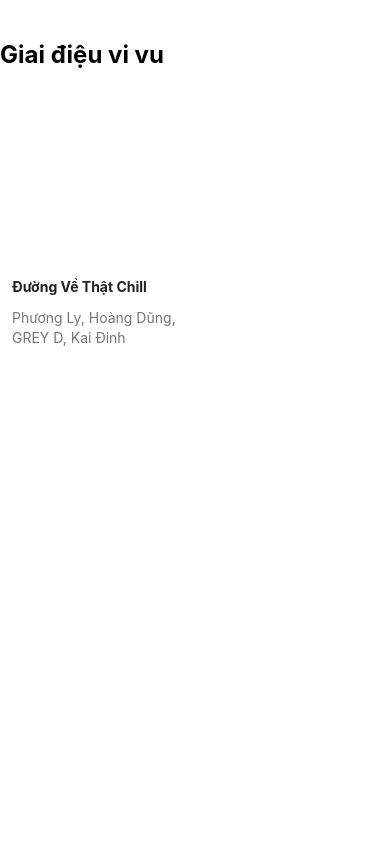
Repository: kauittt/Mobile
Page: /
These files come from the project's save history. The page is drawn as it stood at one moment and after the next save; the edit follows.
The browser window is 390 px wide. The pictures show the whole page.
The app was drawn by React Native's web renderer in a window 390 px wide. The project was rebuilt for these pictures with package versions that can differ from the ones it lists, and the page was loaded fresh each time.

Above is the page before, as saved 2023-04-30 11:46:44.

### App.tsx
import {Text, View, ScrollView} from 'react-native';
import Icon from 'react-native-vector-icons/FontAwesome';
import React from 'react';
import Section from './components/Content/Section/Section';
import SectionItem from './components/Content/SectionItem/SectionItem';

const App = () => {
  return (
    <ScrollView>
      <Section></Section>
    </ScrollView>
  );
};

export default App;

### components/Content/Section/Section.jsx
import React from 'react';
import {View, Image, Text, TouchableOpacity} from 'react-native';
import Icon from 'react-native-vector-icons/FontAwesome';

import styles from './style';
import SectionItem from '../SectionItem/SectionItem';

const Section = () => {
  return (
    <View style={styles.section}>
      <Text style={styles.section__heading}>Giai điệu vi vu</Text>
      <View style={styles.sectionList}>
        <SectionItem
          url="https://photo-resize-zmp3.zmdcdn.me/w320_r1x1_jpeg/cover/7/e/7/b/7e7b8f07e9af15dc2fa3424d237bfff7.jpg"
          title="Đường Về Thật Chill"
          singers={['Phương Ly', 'Hoàng Dũng', 'GREY D', 'Kai Đinh']}
        />
      </View>
    </View>
  );
};

export default Section;

### components/Content/Section/style.jsx
import {StyleSheet} from 'react-native';

const styles = StyleSheet.create({
  section: {
    position: 'relative',
    marginTop: 40,
  },
  section__heading: {
    marginBottom: 20,
    fontSize: 24,
    fontWeight: 'bold',
  },
  sectionList: {
    display: 'flex',
    flexDirection: 'row',
    flexWrap: 'wrap',
    justifyContent: 'space-between',
    paddingHorizontal: 12,
    marginBottom: 20,
  },
});
export default styles;

### components/Content/SectionItem/SectionItem.jsx
import React from 'react';
import {View, Image, Text, TouchableOpacity} from 'react-native';
import Icon from 'react-native-vector-icons/FontAwesome';
import styles from './style';

const SectionItem = ({url, title, singers}) => {
  // {url, title, singers}
  return (
    <View style={styles.sectionListItem} dataId="ZOCFAE67">
      <View style={styles.sectionListItemImg} dataId="ZOCFAE67">
        <View style={styles.sectionListItemImg__inner}>
          <Image
            source={{
              uri: {url},
              // 'https://photo-resize-zmp3.zmdcdn.me/w320_r1x1_jpeg/cover/7/e/7/b/7e7b8f07e9af15dc2fa3424d237bfff7.jpg'
            }}
            resizeMode="cover"
            style={styles.sectionListItemImg__image}
          />
        </View>
      </View>
      <View>
        {/* Đường Về Thật Chill */}
        <Text style={styles.sectionListItem__heading}>{title}</Text>
        <Text style={styles.sectionListItem__desc}>
          {/* <Text style={{color: '#212121'}}>Phương Ly, </Text>
          <Text style={{color: '#212121'}}>Hoàng Dũng, </Text>
          <Text style={{color: '#212121'}}>GREY D, </Text>
          <Text style={{color: '#212121'}}>Kai Đinh</Text> */}
          {/* {singers.forEach(item => {
            return <Text style={{color: '#212121'}}>{item}</Text>;
          })} */}

          {singers.map((item, index) => {
            if (index === singers.length - 1) {
              return <Text key={index}>{item}</Text>;
            } else {
              return <Text key={index}>{item}, </Text>;
            }
          })}
        </Text>
      </View>
    </View>
  );
};

export default SectionItem;

### components/Content/SectionItem/style.jsx
import {StyleSheet} from 'react-native';

const styles = StyleSheet.create({
  section: {
    position: 'relative',
    marginTop: 40,
  },
  album: {},
  section__more: {
    position: 'absolute',
    right: 0,
    top: 0,
    color: '#757575',
  },
  section__heading: {
    marginBottom: 20,
    fontSize: 24,
    fontWeight: 'bold',
  },
  sectionList: {
    display: 'flex',
    flexDirection: 'row',
    flexWrap: 'wrap',
    justifyContent: 'space-between',
    paddingHorizontal: 12,
    marginBottom: 20,
  },
  sectionListItem: {
    width: '48%',
    marginBottom: 20,
  },
  sectionListItemImg: {
    position: 'relative',
    width: '100%',
    height: 0,
    paddingBottom: '100%',
    overflow: 'hidden',
    borderRadius: 5,
  },
  sectionListItemImgHover: {
    transform: [{scale: 1.15}],
  },
  sectionListItemImg__inner: {
    position: 'absolute',
    top: 0,
    left: 0,
    bottom: 0,
    right: 0,
  },
  sectionListItemImg__image: {
    width: '100%',
    height: '100%',
    borderRadius: 5,
    resizeMode: 'cover', // to ensure the image covers the whole area and doesn't get stretched
  },
  sectionListItem__heading: {
    marginVertical: 13,
    fontSize: 14,
    fontWeight: 'bold',
    color: '#212121',
    flexWrap: 'wrap',
  },
  sectionListItem__headingHover: {
    color: '#7B1FA2',
  },
  sectionListItem__desc: {
    fontSize: 14,
    lineHeight: 20,
    color: '#757575',
  },
});
export default styles;

After the next save:
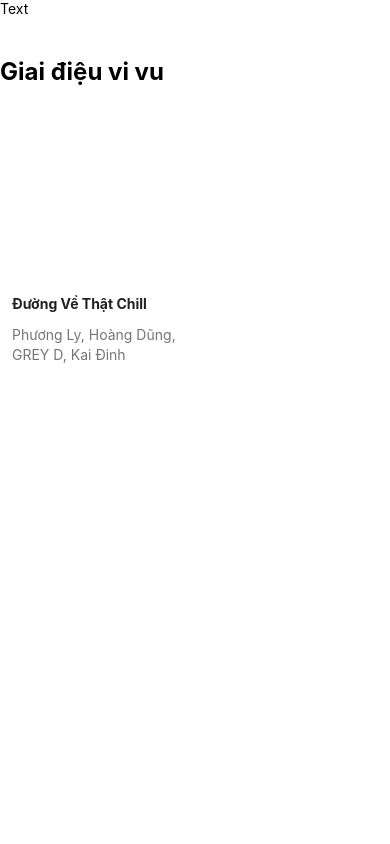
Saved 30 s later.
--- a/App.tsx
+++ b/App.tsx
@@ -7,6 +7,7 @@ import SectionItem from './components/Content/SectionItem/SectionItem';
 const App = () => {
   return (
     <ScrollView>
+      <Text>Text</Text>
       <Section></Section>
     </ScrollView>
   );
